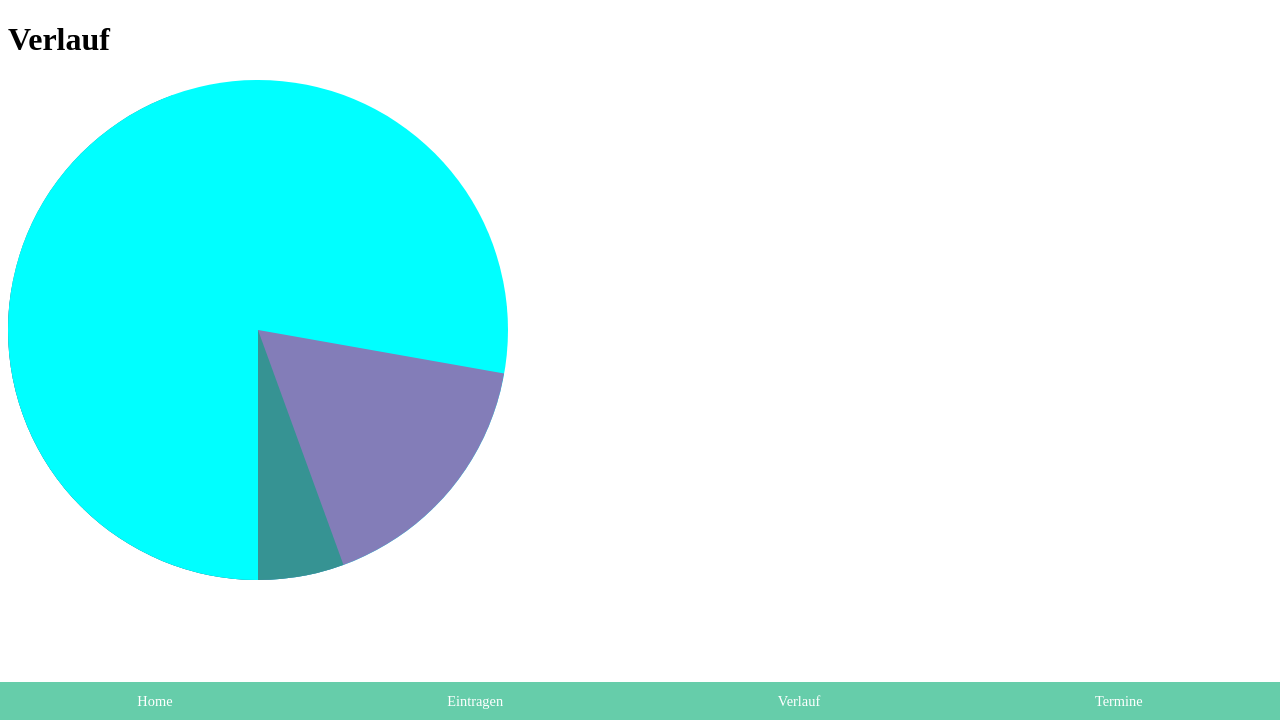
Repository: jakemoes/Pet-Tracker
Page: PWA/trend.html
The author's editor kept a copy of each file at every save. The page is drawn from the files as they stood at one save, then again after a run of saves.
The browser window is 1280 px wide. The pictures show the whole page.

Above is the page before, as saved 2024-12-05 01:22:55.

After the next 2 saves:
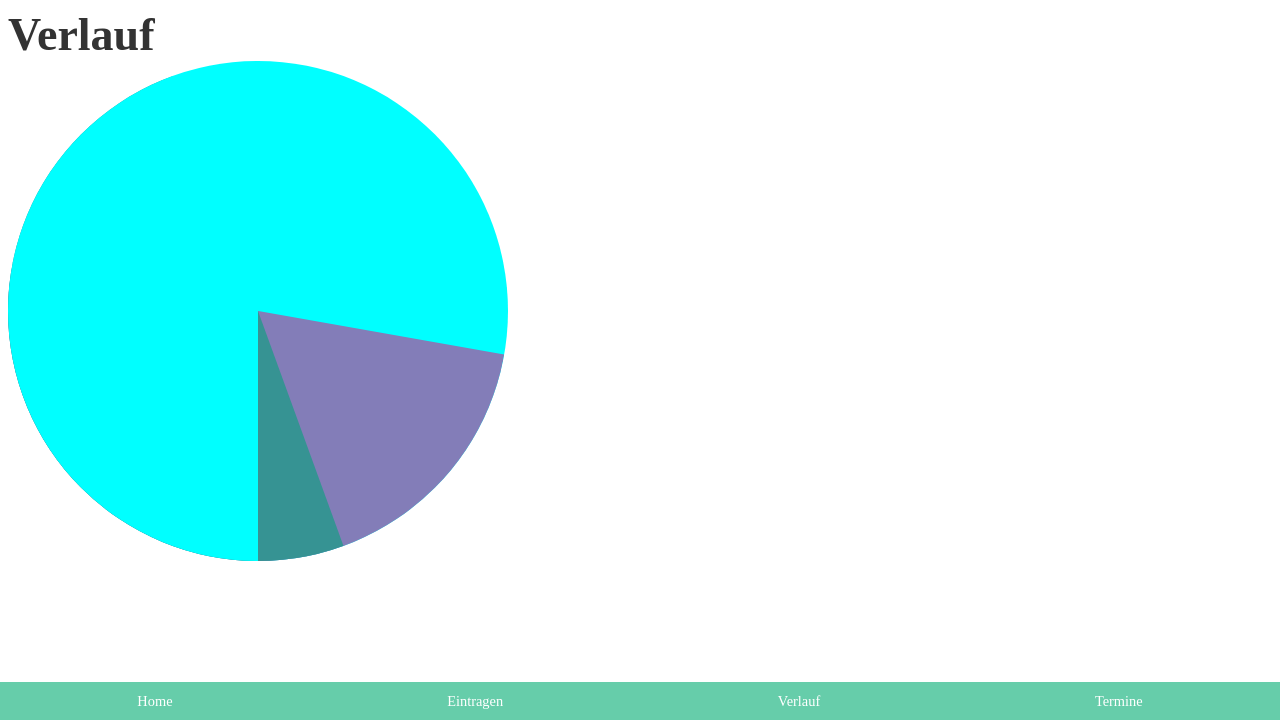
The 2 saves are shown as one change because they came seconds apart.
The last was saved 47 s later.
--- a/PWA/trend.css
+++ b/PWA/trend.css
@@ -8,6 +8,15 @@
     background-color: transparent;
     border-radius: 50%;
     overflow: hidden;
+}
+
+
+h1 {
+    position: relative;
+    font-size: 46px;
+    text-align: left;
+    margin: 0; /* Abstand entfernen */
+    color: #333;
 }
 
 .layer {
